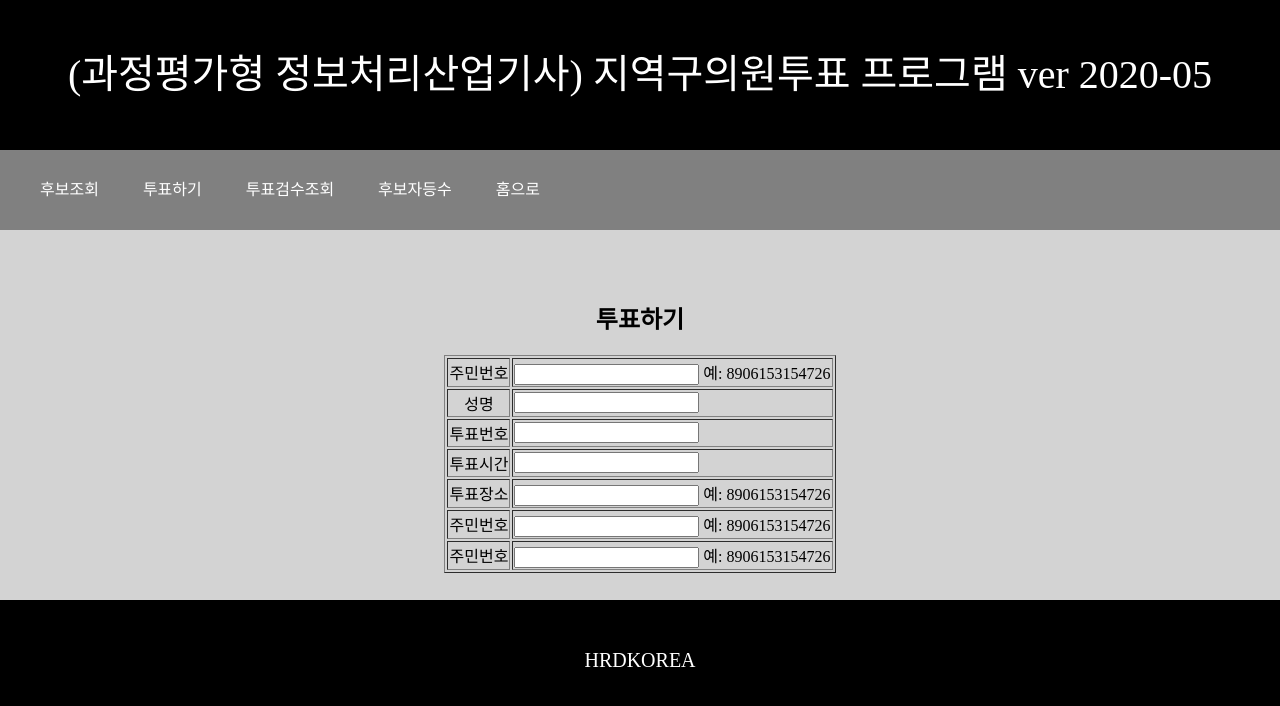
Repository: junhee97/-
Page: http://localhost/HRD_03/vote.jsp
An editor plug-in stored every save of this project. The page is shown before and after the next save, followed by the edit.
The browser window is 1280 px wide. The pictures show the whole page.
The page is served by Tomcat 9.

Above is the page before, as saved 2025-08-14 12:40:34.

### HRD_03/WebContent/vote.jsp
<%@ page language="java" contentType="text/html; charset=UTF-8"
    pageEncoding="UTF-8"%>
<!DOCTYPE html PUBLIC "-//W3C//DTD HTML 4.01 Transitional//EN" "http://www.w3.org/TR/html4/loose.dtd">
<html>
<head>
<meta http-equiv="Content-Type" content="text/html; charset=UTF-8">
<title>Insert title here</title>
</head>
<body>

<jsp:include page="header.jsp"></jsp:include>

<section style="position: fixed; top: 230px; left: 0px; width: 100%; height: 100%; background-color: lightgray;">
<h2 style="text-align: center; padding-top: 50px;">투표하기</h2>

<form style = "display: flex; align-items: center; justify-content: center; ">
	<table border = "1">
		<tr>
			<td style = "text-align: center;">주민번호</td>
			<td>
				<input type = "text"> 예: 8906153154726
			</td>
		</tr>
		<tr>
			<td style = "text-align: center;">성명</td>
			<td>
				<input type = "text">
			</td>
		</tr>
		<tr>
			<td style = "text-align: center;">투표번호</td>
			<td>
				<input type = "">
			</td>
		</tr>
		<tr>
			<td style = "text-align: center;">투표시간</td>
			<td>
				<input type = "text">
			</td>
		</tr>
		<tr>
			<td style = "text-align: center;">투표장소</td>
			<td>
				<input type = "text"> 예: 8906153154726
			</td>
		</tr>
		<tr>
			<td style = "text-align: center;">주민번호</td>
			<td>
				<input type = "text"> 예: 8906153154726
			</td>
		</tr>
		<tr>
			<td style = "text-align: center;">주민번호</td>
			<td>
				<input type = "text"> 예: 8906153154726
			</td>
		</tr>
	</table>
</form>

</section>

<jsp:include page="footer.jsp"></jsp:include>


</body>
</html>

### HRD_03/WebContent/header.jsp
<%@ page language="java" contentType="text/html; charset=UTF-8"
    pageEncoding="UTF-8"%>
<!DOCTYPE html PUBLIC "-//W3C//DTD HTML 4.01 Transitional//EN" "http://www.w3.org/TR/html4/loose.dtd">
<html>
<head>
<meta http-equiv="Content-Type" content="text/html; charset=UTF-8">
<title>Insert title here</title>

<style>
	a{
		text-decoration: none;
		color: white;
	}
</style>

</head>
<body>

	<header style="position:fixed; top:0px; left:0px; width:100%; height: 150px; line-height: 150px; background-color: black; color: white; text-align: center; font-size: 40px;">
		(과정평가형 정보처리산업기사) 지역구의원투표 프로그램 ver 2020-05
	</header>

	<nav style="position: fixed; top: 150px; left: 0px; width: 100%; height: 80px; line-height: 80px; background-color: gray; padding-left: 40px;">
		<a href="m_list.jsp">후보조회</a> &nbsp; &nbsp; &nbsp; &nbsp; &nbsp;
		<a href="vote.jsp">투표하기</a> &nbsp; &nbsp; &nbsp; &nbsp; &nbsp;
		<a href="v_list.jsp">투표검수조회</a> &nbsp; &nbsp; &nbsp; &nbsp; &nbsp;
		<a href="rank.jsp">후보자등수</a> &nbsp; &nbsp; &nbsp; &nbsp; &nbsp;
		<a href="index.jsp">홈으로</a>
	</nav>

</body>
</html>

### HRD_03/WebContent/footer.jsp
<%@ page language="java" contentType="text/html; charset=UTF-8"
    pageEncoding="UTF-8"%>
<!DOCTYPE html PUBLIC "-//W3C//DTD HTML 4.01 Transitional//EN" "http://www.w3.org/TR/html4/loose.dtd">
<html>
<head>
<meta http-equiv="Content-Type" content="text/html; charset=UTF-8">
<title>Insert title here</title>
</head>
<body>

	<footer style="position: fixed; bottom: 0px; left: 0px; width: 100%; height: 120px; line-height: 120px; text-align: center; background-color: black; color: white; font-size: 20px;">
		HRDKOREA
	</footer>

</body>
</html>

After the next save:
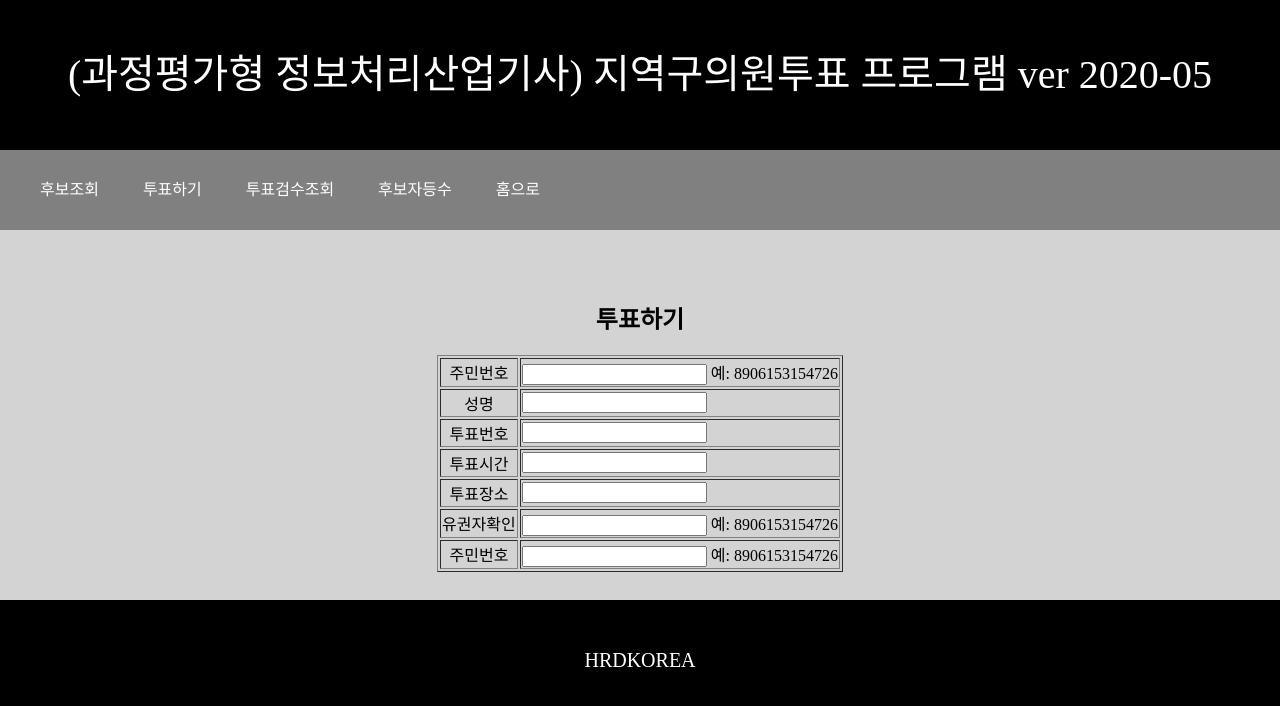
Saved 9 s later.
--- a/HRD_03/WebContent/vote.jsp
+++ b/HRD_03/WebContent/vote.jsp
@@ -42,11 +42,11 @@
 		<tr>
 			<td style = "text-align: center;">투표장소</td>
 			<td>
-				<input type = "text"> 예: 8906153154726
+				<input type = "text">
 			</td>
 		</tr>
 		<tr>
-			<td style = "text-align: center;">주민번호</td>
+			<td style = "text-align: center;">유권자확인</td>
 			<td>
 				<input type = "text"> 예: 8906153154726
 			</td>
